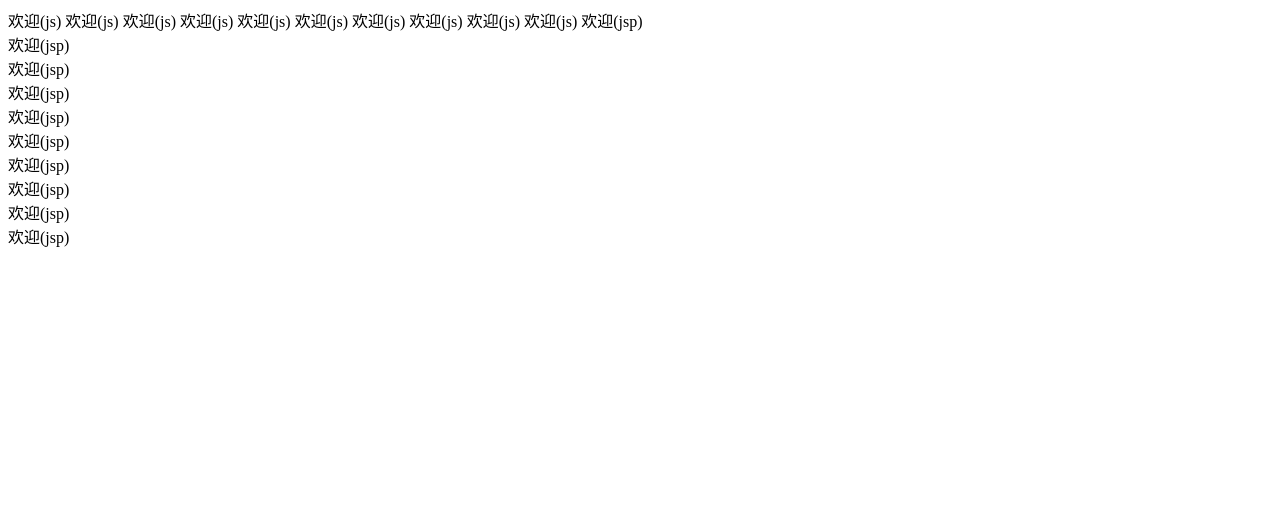
Repository: Matty-GCU/MyEclipse
Page: http://localhost/Java_Web_Learning/chapter04_JSP基本语法/4.99hw1.jsp
An editor plug-in stored every save of this project. The page is shown before and after the next save, followed by the edit.
The browser window is 1280 px wide. The pictures show the whole page.
The page is served by Tomcat 9.

Above is the page before, as saved 2021-09-21 02:28:26.

After the next save:
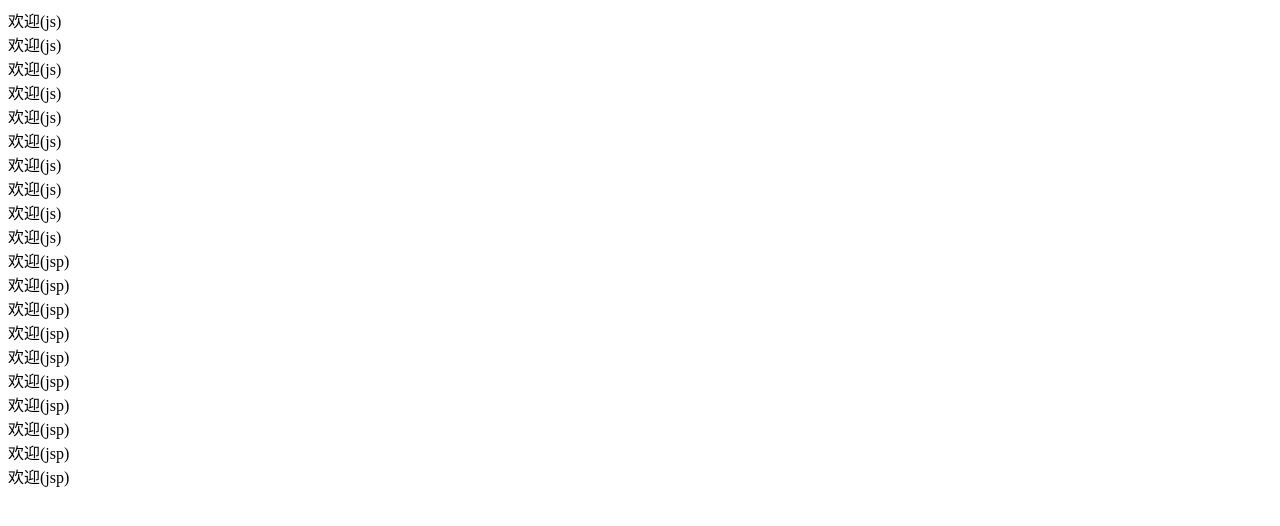
Saved 9 s later.
--- a/Java_Web_Learning/WebRoot/chapter04_JSP基本语法/4.99hw1.jsp
+++ b/Java_Web_Learning/WebRoot/chapter04_JSP基本语法/4.99hw1.jsp
@@ -5,7 +5,7 @@
 	<body>
 		<script type="text/javascript">
 			for(var i = 0; i < 10; i++) {
-				document.writeln("欢迎(js)");
+				document.writeln("欢迎(js)<br>");
 			}
 		</script>
 		<%

After the save that followed:
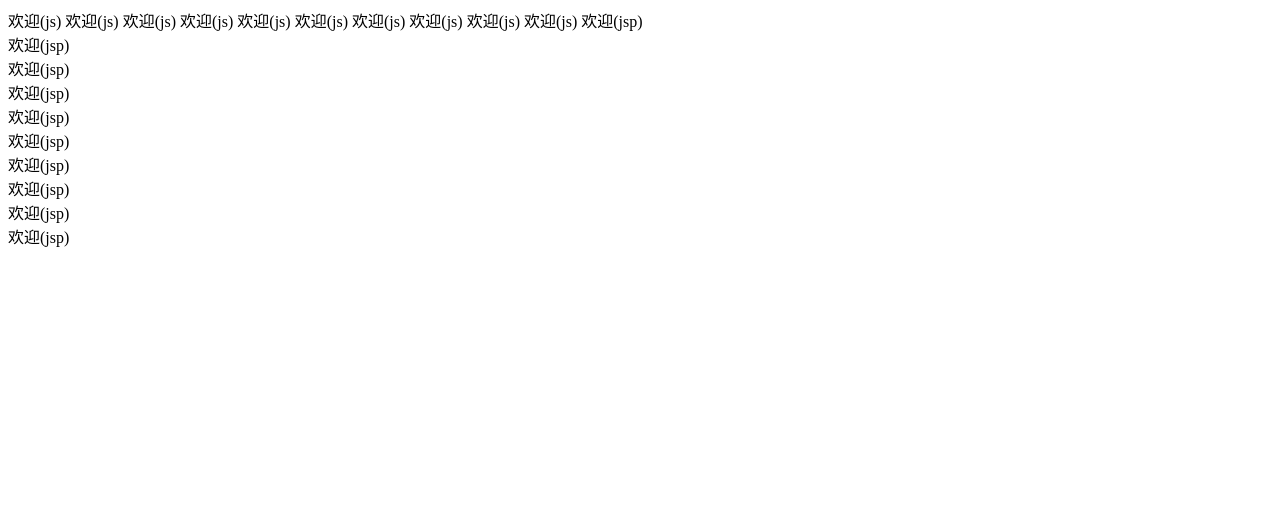
Saved 7 s later.
--- a/Java_Web_Learning/WebRoot/chapter04_JSP基本语法/4.99hw1.jsp
+++ b/Java_Web_Learning/WebRoot/chapter04_JSP基本语法/4.99hw1.jsp
@@ -5,7 +5,7 @@
 	<body>
 		<script type="text/javascript">
 			for(var i = 0; i < 10; i++) {
-				document.writeln("欢迎(js)<br>");
+				document.writeln("欢迎(js)");
 			}
 		</script>
 		<%
